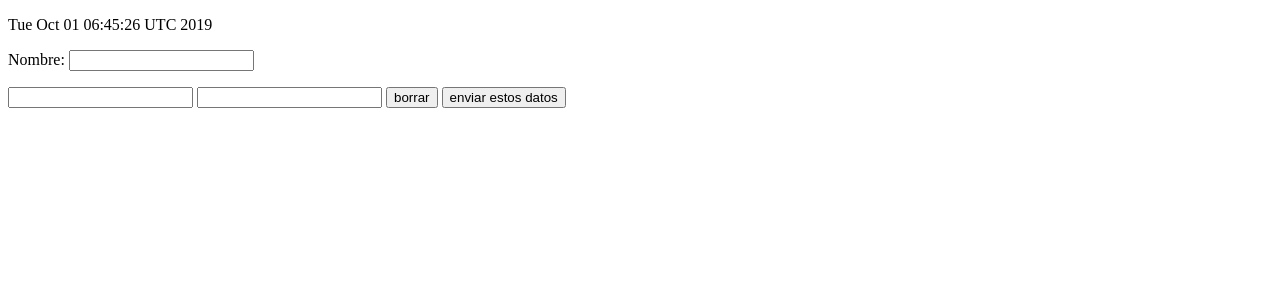
Repository: weertop/2DAW
Page: http://localhost/Formularios/controlText.jsp
These files come from the project's save history. The page is drawn as it stood at one moment and after the next save; the edit follows.
The browser window is 1280 px wide. The pictures show the whole page.
The page is served by Tomcat 9.

Above is the page before, as saved 2019-10-01 06:54:59.

After the next save:
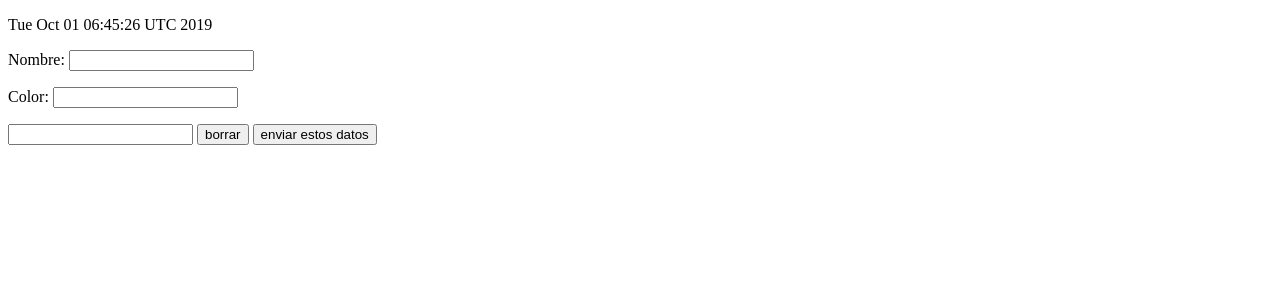
Saved 14 s later.
--- a/DWServidor/eclipse-workspace-photom/Formularios/WebContent/controlText.jsp
+++ b/DWServidor/eclipse-workspace-photom/Formularios/WebContent/controlText.jsp
@@ -13,7 +13,7 @@
 	%>
 	<form action="destinoControlText.jsp" method="post">
 		<p> Nombre: <input type="text" name="nombre" /> </p>
-		<input type="text" name="color" />
+		<p> Color: <input type="text" name="color" /> </p>
 		<input type="text" name="correo" />
 		<input type="reset" name="borrar" value="borrar" />
 		<input type="submit" name="enviar" value="enviar estos datos" /> <!-- el value es lo que se enviara -->
